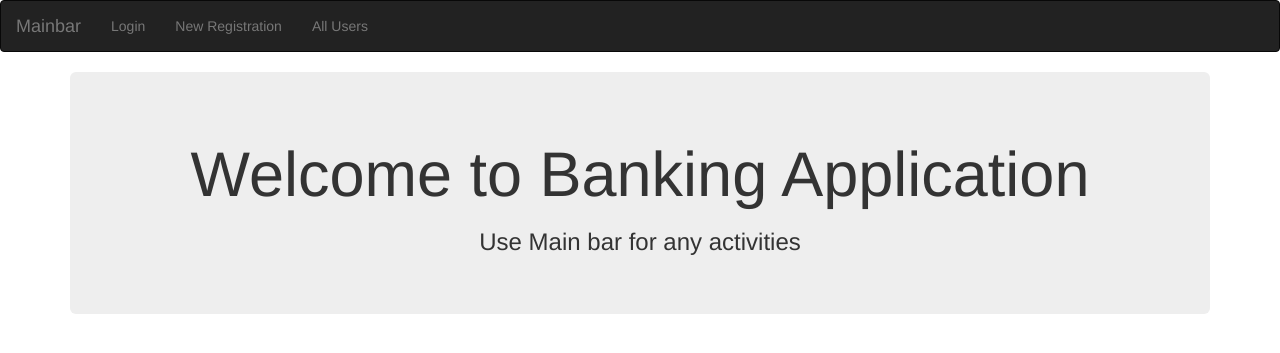
Repository: balajisaiveer/first
Page: http://localhost/Myapplication/WEB-INF/view/welcomepage.jsp
An editor plug-in stored every save of this project. The page is shown before and after the next save, followed by the edit.
The browser window is 1280 px wide. The pictures show the whole page.
The page is served by Tomcat 9. Nobody is signed in. The template is opened directly, without the code that normally fills it, so the values that code supplies are empty.

Above is the page before, as saved 2018-07-09 10:53:57.

After the next save:
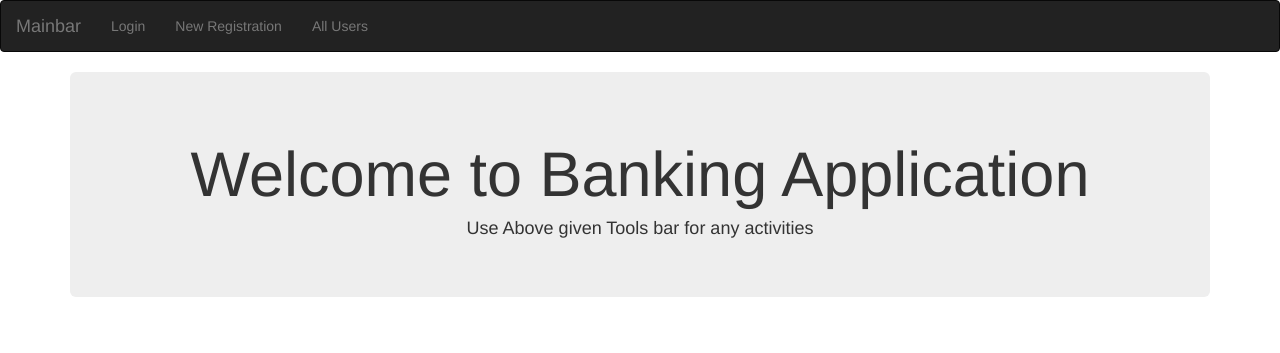
Saved 49 s later.
--- a/workspace-sts-3.9.5.RELEASE/Myapplication/src/main/webapp/WEB-INF/view/welcomepage.jsp
+++ b/workspace-sts-3.9.5.RELEASE/Myapplication/src/main/webapp/WEB-INF/view/welcomepage.jsp
@@ -31,7 +31,7 @@
 	<div class="container" id="homediv">
 				<div class="jumbotron text-center">
 					<h1>Welcome to Banking Application</h1>
-					<h3>Use Main bar for any activities</h3>
+					<h4>Use Above given Tools bar for any activities</h4>
 				</div>
 	</div>
 
